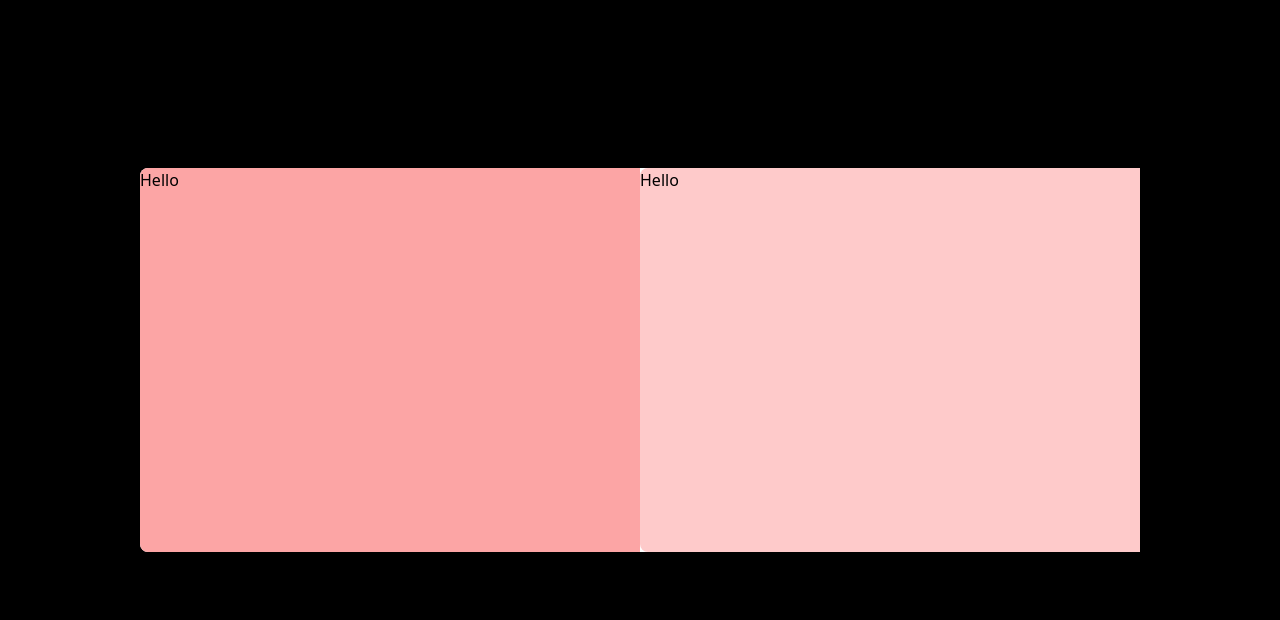
Repository: BerlinWebDev/FrontendMaster_PreviewMentor
Page: /
These files come from the project's save history. The page is drawn as it stood at one moment and after a run of saves; the edit follows.
The browser window is 1280 px wide. The pictures show the whole page.
The project was rebuilt for these pictures with package versions that can differ from the ones it lists, and the page was loaded fresh each time.

Above is the page before, as saved 2023-11-11 01:19:07.

After the next 3 saves:
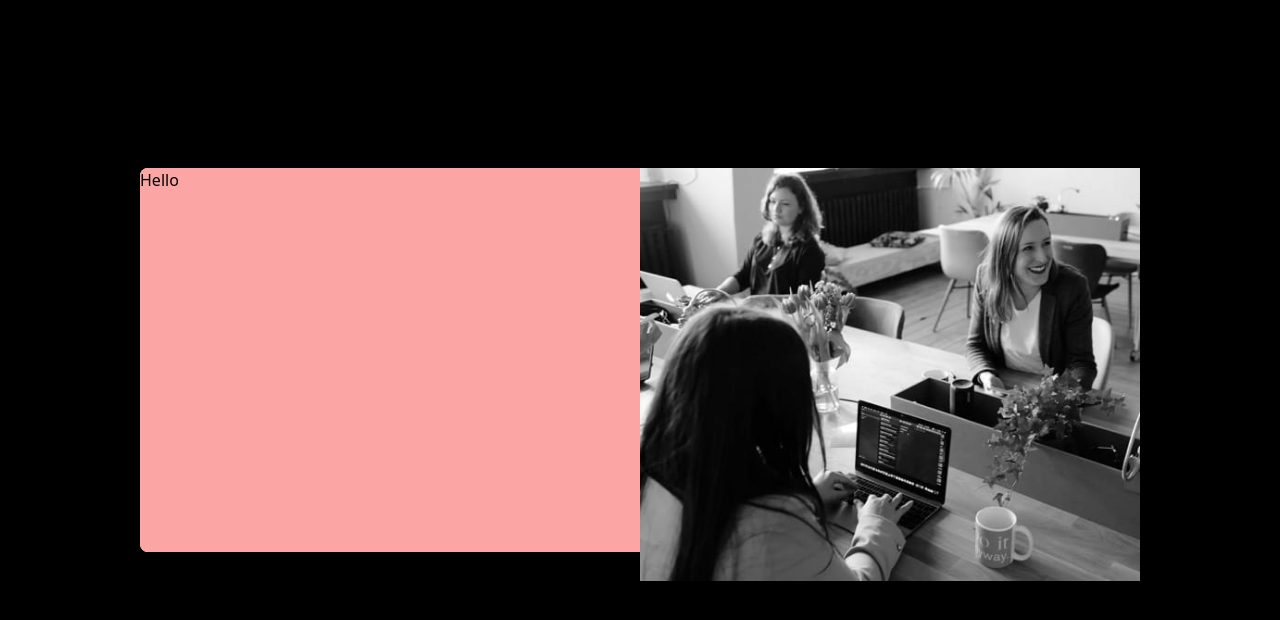
The 3 saves are shown as one change because 2 did not build or start.
The last was saved 98 s later.
--- a/src/App.js
+++ b/src/App.js
@@ -11,7 +11,9 @@
       <main className="flex min-h-screen flex-col items-center justify-center bg-black">
         <div className="flex h-96 w-[1000px] rounded-lg bg-white">
           <aside className="w-1/2 bg-red-300 rounded-l-lg">Hello</aside>
-          <aside className="w-1/2 bg-red-200 rounded-l-lg">Hello</aside>
+          <aside className="w-1/2 bg-red-200 rounded-l-lg">
+            <img src={Image} alt="Header-Desktop" />
+          </aside>
         </div>
       </main>
     </>

After the 5 saves that followed:
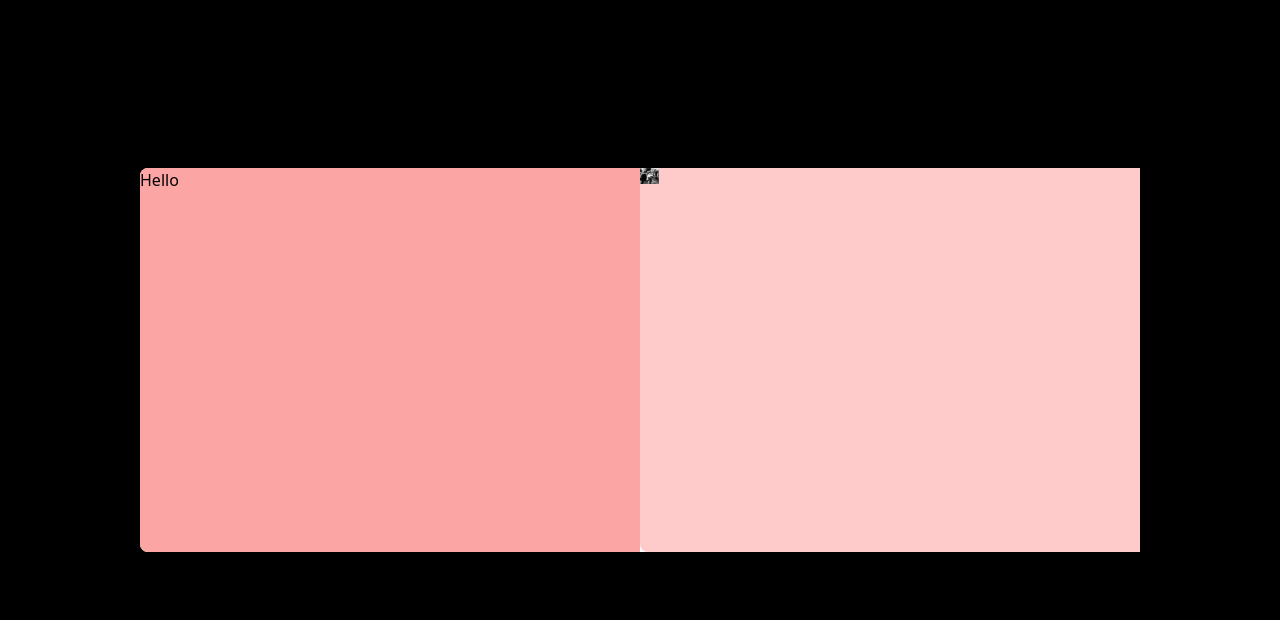
The 5 saves are shown as one change because 4 left the picture as it was.
The last was saved 2 min 13 s later.
--- a/src/App.js
+++ b/src/App.js
@@ -12,7 +12,7 @@
         <div className="flex h-96 w-[1000px] rounded-lg bg-white">
           <aside className="w-1/2 bg-red-300 rounded-l-lg">Hello</aside>
           <aside className="w-1/2 bg-red-200 rounded-l-lg">
-            <img src={Image} alt="Header-Desktop" />
+            <img className="object-fill h-4" src={Image} alt="Header-Desktop" />
           </aside>
         </div>
       </main>
